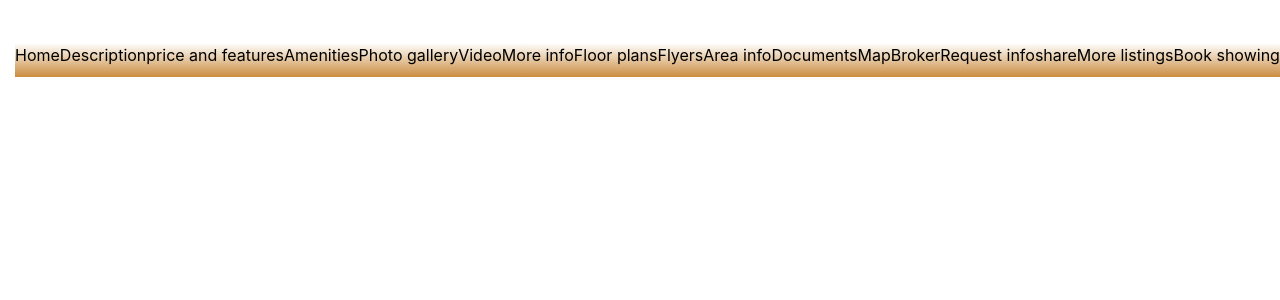
Repository: TMuse333/real-estate-landingpage
Page: /
These files come from the project's save history. The page is drawn as it stood at one moment and after a run of saves; the edit follows.
The browser window is 1280 px wide. The pictures show the whole page.
The project was rebuilt for these pictures with package versions that can differ from the ones it lists, and the page was loaded fresh each time. Also part of the build but not shown: vite.config.js.

Above is the page before, as saved 2023-09-19 16:14:38.

After the next 2 saves:
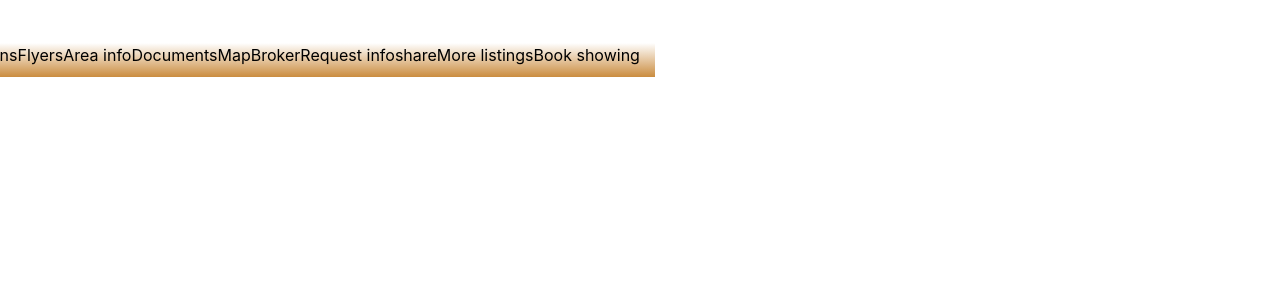
The 2 saves are shown as one change because they came seconds apart.
The last was saved 13 s later.
--- a/src/App.css
+++ b/src/App.css
@@ -56,7 +56,7 @@
     position: absolute;
     display: flex;
     flex-direction: row;
-    justify-content: space-between;
+    justify-content:
     left: 50%; /* Set the left position to the center of the parent container */
     transform: translateX(-50%);
     width: 100vw;

After the 2 saves that followed:
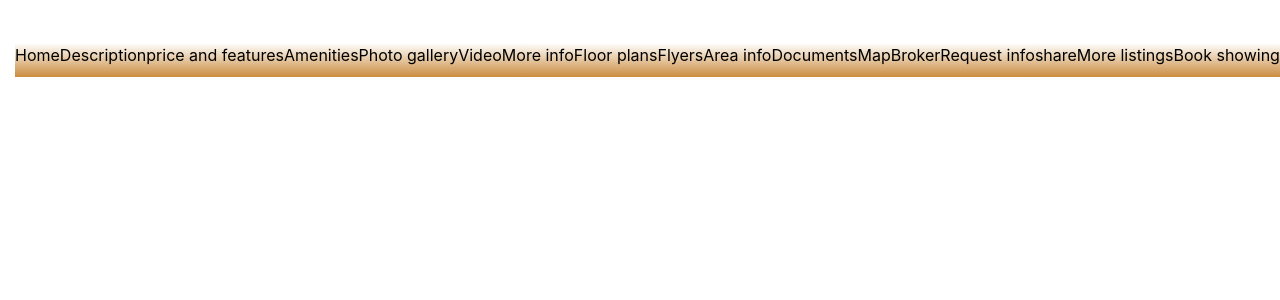
The 2 saves are shown as one change because they came seconds apart.
The last was saved 7 s later.
--- a/src/App.css
+++ b/src/App.css
@@ -56,7 +56,7 @@
     position: absolute;
     display: flex;
     flex-direction: row;
-    justify-content:
+    justify-content:space-around;
     left: 50%; /* Set the left position to the center of the parent container */
     transform: translateX(-50%);
     width: 100vw;
